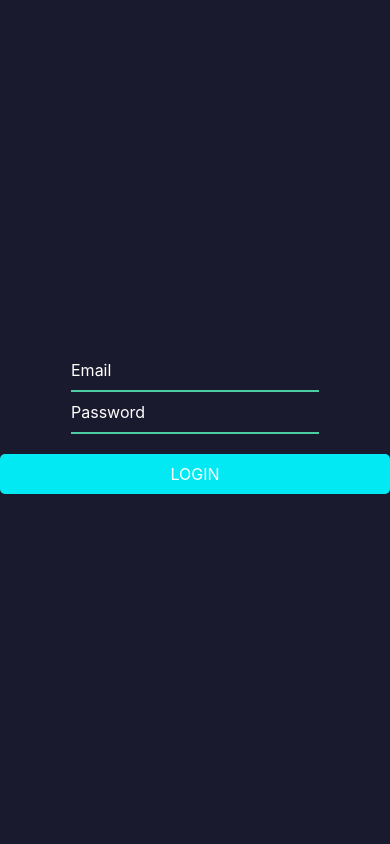
Repository: JordanShackelford/TruckFleet360
Screen: /
The author's editor kept a copy of each file at every save. The screen is drawn from the files as they stood at one save, then again after the next save.
The app was drawn by React Native's web renderer in a window 390 px wide. The project was rebuilt for these pictures with package versions that can differ from the ones it lists, and the page was loaded fresh each time. Also part of the build but not shown: src/screens/HomeScreen.js, src/screens/ProfileScreen.js, src/screens/MapScreen.js, src/screens/TripsScreen.js, src/screens/SettingsScreen.js.

Above is the screen before, as saved 2024-07-04 16:40:57.

After the next save:
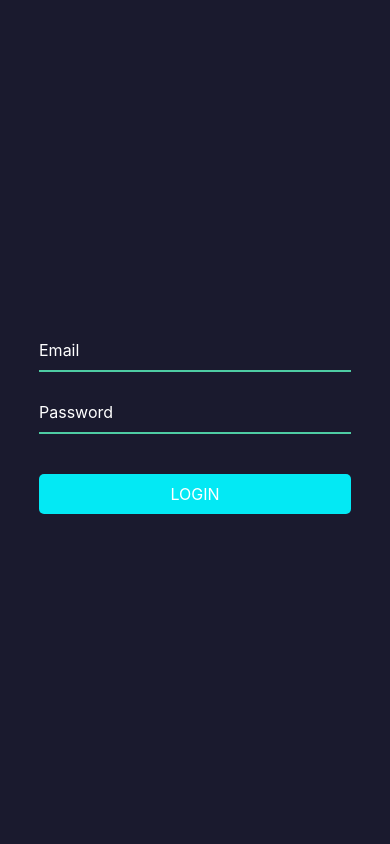
Saved 5 min 49 s later.
--- a/src/screens/LoginScreen.js
+++ b/src/screens/LoginScreen.js
@@ -20,10 +20,12 @@ const LoginScreen = ({ navigation }) => {
         },
         body: JSON.stringify({ email, password }),
       });
+
       console.log('Response status:', response.status);
       const data = await response.json();
       console.log('Response data:', data);
-      if (data.success) {
+
+      if (response.status === 200 && data.success) {
         console.log('Login successful:', data.token);
         navigation.replace('Main');
       } else {
@@ -67,7 +69,6 @@ const LoginScreen = ({ navigation }) => {
   );
 };
 
-
 const styles = StyleSheet.create({
   container: {
     flex: 1,
@@ -75,34 +76,20 @@ const styles = StyleSheet.create({
     alignItems: 'center',
     backgroundColor: '#1a1a2e',
   },
-  loginBox: {
-    width: '80%',
-    padding: 20,
-    backgroundColor: 'rgba(255, 255, 255, 0.05)',
-    borderRadius: 20,
-    alignItems: 'center',
-  },
-  title: {
-    fontSize: 24,
-    color: '#4ecca3',
-    marginBottom: 20,
-  },
-  inputGroup: {
-    width: '100%',
-    marginBottom: 20,
-  },
   input: {
     borderBottomWidth: 2,
     borderBottomColor: '#4ecca3',
     color: '#fff',
     paddingVertical: 10,
     fontSize: 16,
+    width: '80%',
+    marginBottom: 20,
   },
   button: {
     backgroundColor: '#03e9f4',
     padding: 10,
     borderRadius: 5,
-    width: '100%',
+    width: '80%',
     alignItems: 'center',
     marginTop: 20,
   },
@@ -111,22 +98,6 @@ const styles = StyleSheet.create({
     fontSize: 16,
     textTransform: 'uppercase',
   },
-  biometricLogin: {
-    flexDirection: 'row',
-    alignItems: 'center',
-    marginTop: 20,
-  },
-  biometricText: {
-    color: '#4ecca3',
-    marginLeft: 10,
-  },
-  errorText: {
-    color: '#ff0033',
-    marginBottom: 10,
-  },
-  buttonDisabled: {
-    backgroundColor: '#cccccc',
-  },
 });
 
 export default LoginScreen;
